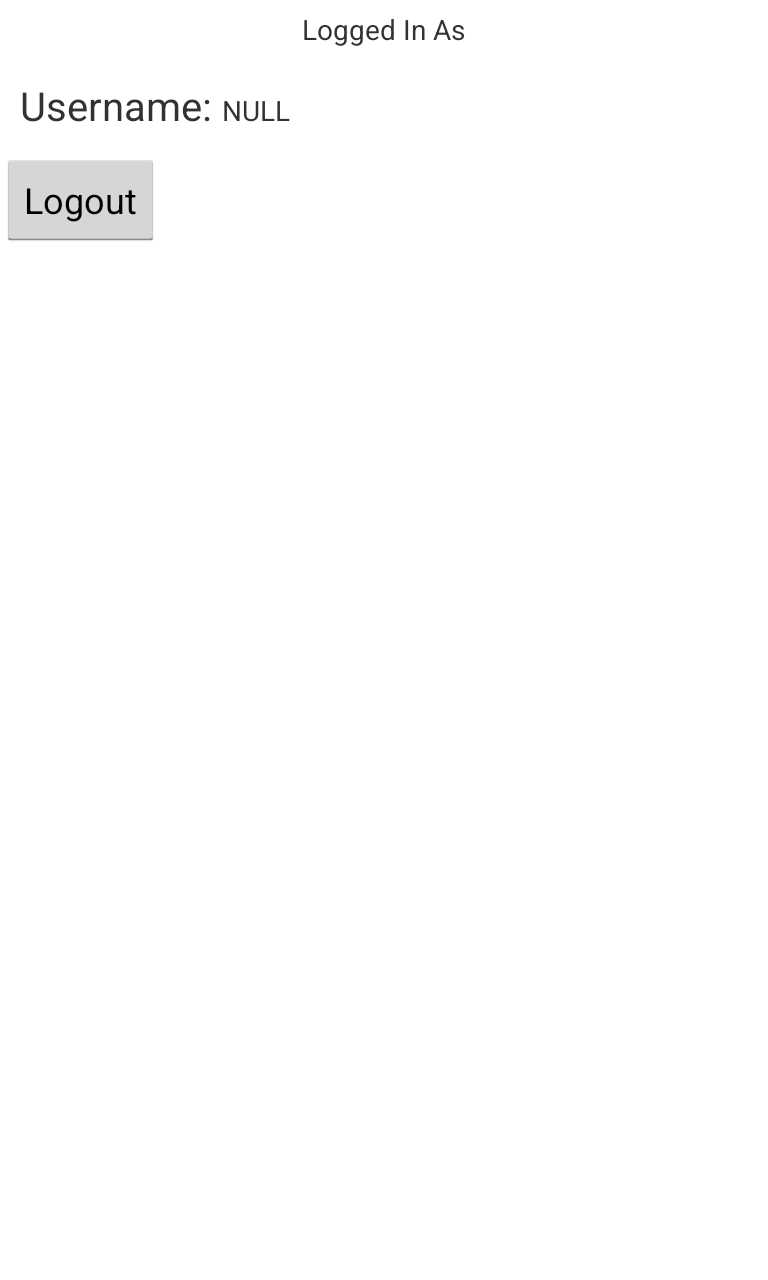
Repository: LennoxAlexion/UID
Layout: Android App/Uid-Project/res/layout/activity_sec_page.xml
An editor plug-in stored every save of this project. The layout is shown before and after the next save, followed by the edit.
It is drawn on a 768 x 1280 px phone screen (xhdpi) without system bars, with theme AppTheme; the app's code is not run.

Above is the layout before, as saved 2015-03-29 06:13:29.

### Android App/Uid-Project/res/layout/activity_sec_page.xml
<?xml version="1.0" encoding="utf-8"?>
<LinearLayout xmlns:android="http://schemas.android.com/apk/res/android"
    android:layout_width="match_parent"
    android:layout_height="match_parent"
    android:orientation="vertical" >


    <TextView
       android:layout_width="wrap_content"
       android:layout_height="wrap_content"
       android:text="Logged In As"
       android:layout_gravity="center_horizontal"
       android:gravity="center"
       android:layout_margin="5dp"/>

   <LinearLayout
       android:layout_width="fill_parent"
       android:layout_height="wrap_content"
       android:orientation="horizontal"
       android:layout_margin="5dp"
       android:padding="5dp">
   <TextView
       android:layout_width="wrap_content"
       android:layout_height="wrap_content"
       android:text="Username:"
       android:textSize="20dp"/>
   <TextView
       android:id="@+id/TextView_Username"
       android:layout_width="wrap_content"
       android:layout_height="wrap_content"
       android:text="NULL"
       android:layout_marginLeft="5dp"/>
   </LinearLayout>

    <Button
        android:id="@+id/Button_Logout"
        android:layout_width="wrap_content"
        android:layout_height="wrap_content"
        android:text="Logout" />

</LinearLayout>

Loaded but not shown: Android App/Uid-Project/res/values/styles.xml (common file); Android App/Uid-Project/res/values-v11/styles.xml (common file); Android App/Uid-Project/res/values-v14/styles.xml (common file); Android App/Uid-Project/res/values-v21/styles.xml (common file)

After the next save:
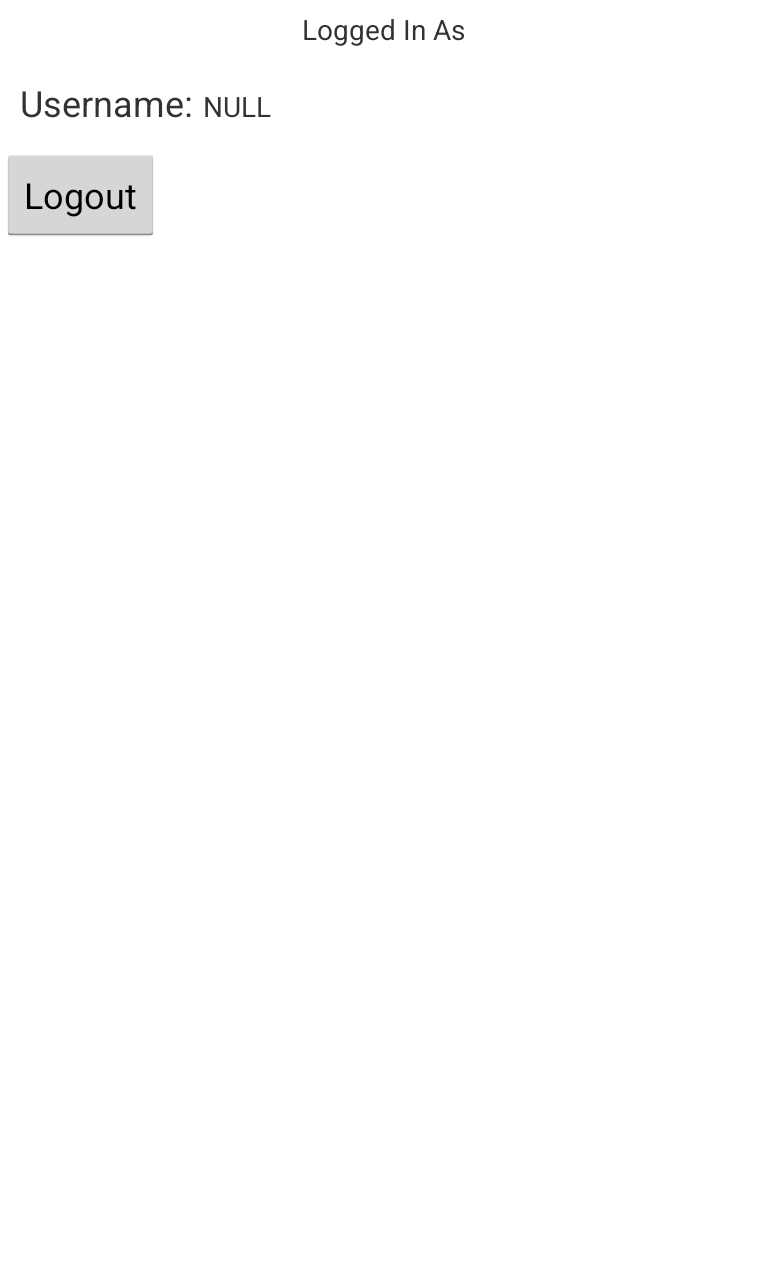
Saved 13 s later.
--- a/Android App/Uid-Project/res/layout/activity_sec_page.xml
+++ b/Android App/Uid-Project/res/layout/activity_sec_page.xml
@@ -23,7 +23,7 @@
        android:layout_width="wrap_content"
        android:layout_height="wrap_content"
        android:text="Username:"
-       android:textSize="20dp"/>
+       android:textSize="18dp"/>
    <TextView
        android:id="@+id/TextView_Username"
        android:layout_width="wrap_content"
